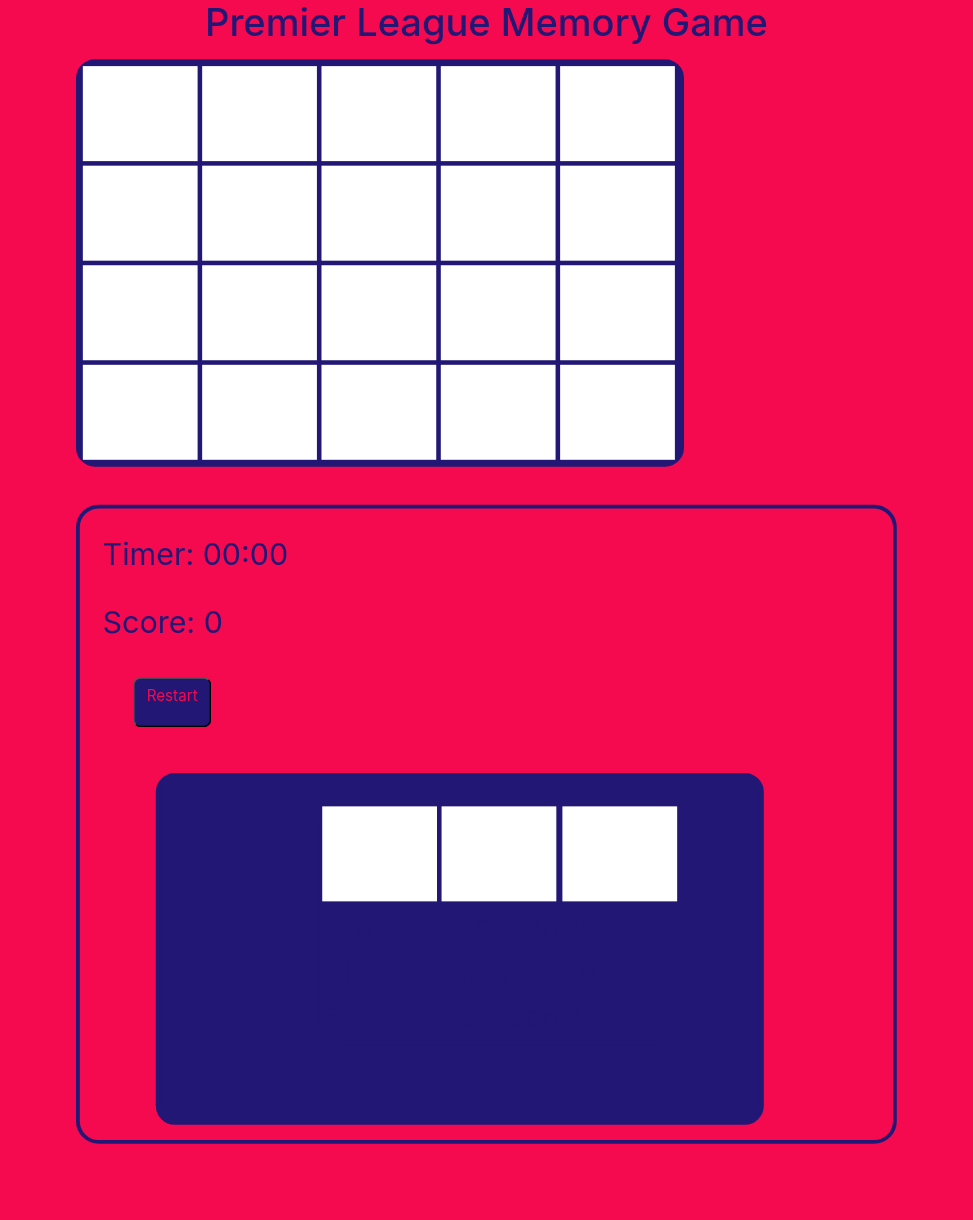
Repository: IchaTreasure/Premier-League-Memory-Game-
Page: index.html
The author's editor kept a record of every edit. The page is drawn from the files as they stood at one moment, then again after the next edit.
The browser window is 1280 px wide. The pictures show the whole page, at 76% of full size.
Some web libraries are served in a nearby version.

Above is the page before.

### index.html
<!DOCTYPE html>
<html lang="en">

<head>
    <meta charset="UTF-8">
    <meta name="viewport" content="width=device-width, initial-scale=1.0">
    <meta http-equiv="X-UA-Compatible" content="ie=edge">

    <link rel="stylesheet" href="https://maxcdn.bootstrapcdn.com/bootstrap/4.1.3/css/bootstrap.min.css">
    <link rel="stylesheet" href="https://use.fontawesome.com/releases/v5.6.1/css/all.css" integrity="sha384-gfdkjb5BdAXd+lj+gudLWI+BXq4IuLW5IT+brZEZsLFm++aCMlF1V92rMkPaX4PP" crossorigin="anonymous">
    <link rel="stylesheet" href="https://stackpath.bootstrapcdn.com/bootstrap/4.3.1/css/bootstrap.min.css" type="text/css" />
    <link rel="stylesheet" href="https://stackpath.bootstrapcdn.com/font-awesome/4.7.0/css/font-awesome.min.css" type="text/css" />
    <link rel="stylesheet" href="https://cdnjs.cloudflare.com/ajax/libs/hover.css/2.3.1/css/hover-min.css" type="text/css" />
    <link href="https://fonts.googleapis.com/css?family=Roboto:400,700" rel="stylesheet">
    <link rel="canonical" href="https://getbootstrap.com/docs/4.3/examples/starter-template/">



    <link rel="stylesheet" href="styles.css" type="text/css" />
    <title>Premier League Memory Game</title>
</head>

<body>
    <!-- Title of the the game -->
    <h1 style="color: #221775; text-align: center; font-size: 50px;">
        Premier League Memory Game
    </h1>



    <!-- div for the 4x5 Memory game -->
    <div id="game-container">

        <!-- div for the front and back images of the cards , coppied 20 time because its a 4x5 -->
        <div id="memory-card1" class="memory-card">
            <div id="back-card1" class="back-card">
                <img src="Images/manunited.jpg"></img>
            </div>
            <div id="front-card1" class="front-card">

            </div>
        </div>

        <!-- div for the front and back images of the cards , coppied 20 time because its a 4x5 -->
        <div id="memory-card2" class="memory-card">
            <div id="back-card2" class="back-card">
                <img src="Images/Mancity.png"></img>
            </div>
            <div id="front-card2" class="front-card">

            </div>
        </div>

        <!-- div for the front and back images of the cards , coppied 20 time because its a 4x5 -->
        <div id="memory-card3" class="memory-card">
            <div id="back-card3" class="back-card">
                <img src="Images/leicester.jpg"></img>
            </div>
            <div id="front-card3" class="front-card">

            </div>
        </div>

        <!-- div for the front and back images of the cards , coppied 20 time because its a 4x5 -->
        <div id="memory-card4" class="memory-card">
            <div id="back-card4" class="back-card">
                <img src="Images/Everton.png"></img>
            </div>
            <div id="front-card4" class="front-card">

            </div>
        </div>

        <!-- div for the front and back images of the cards , coppied 20 time because its a 4x5 -->
        <div id="memory-card5" class="memory-card">
            <div id="back-card5" class="back-card">
                <img src="Images/chelsea.png"></img>
            </div>
            <div id="front-card5" class="front-card">

            </div>
        </div>

        <!-- div for the front and back images of the cards , coppied 20 time because its a 4x5 -->
        <div id="memory-card6" class="memory-card">
            <div id="back-card6" class="back-card">
                <img src="Images/Watford.png"></img>
            </div>
            <div id="front-card6" class="front-card">

            </div>
        </div>

        <!-- div for the front and back images of the cards , coppied 20 time because its a 4x5 -->
        <div id="memory-card7" class="memory-card">
            <div id="back-card7" class="back-card">
                <img src="Images/west-ham.png"></img>
            </div>
            <div id="front-card7" class="front-card">

            </div>
        </div>

        <!-- div for the front and back images of the cards , coppied 20 time because its a 4x5 -->
        <div id="memory-card8" class="memory-card">
            <div id="back-card8" class="back-card">
                <img src="Images/bournemouth.jpg"></img>
            </div>
            <div id="front-card8" class="front-card">

            </div>
        </div>

        <!-- div for the front and back images of the cards , coppied 20 time because its a 4x5 -->
        <div id="memory-card9" class="memory-card">
            <div id="back-card9" class="back-card">
                <img src="Images/Burnley.png"></img>
            </div>
            <div id="front-card9" class="front-card">

            </div>
        </div>

        <!-- div for the front and back images of the cards , coppied 20 time because its a 4x5 -->
        <div id="memory-card10" class="memory-card">
            <div id="back-card10" class="back-card">
                <img src="Images/crystal_pal.png"></img>
            </div>
            <div id="front-card10" class="front-card">

            </div>
        </div>

        <!-- div for the front and back images of the cards , coppied 20 time because its a 4x5 -->
        <div id="memory-card11" class="memory-card">
            <div id="back-card11" class="back-card">
                <img src="Images/manunited.jpg"></img>
            </div>
            <div id="front-card11" class="front-card">

            </div>
        </div>

        <!-- div for the front and back images of the cards , coppied 20 time because its a 4x5 -->
        <div id="memory-card12" class="memory-card">
            <div id="back-card12" class="back-card">
                <img src="Images/Watford.png"></img>
            </div>
            <div id="front-card12" class="front-card">

            </div>
        </div>

        <!-- div for the front and back images of the cards , coppied 20 time because its a 4x5 -->
        <div id="memory-card13" class="memory-card">
            <div id="back-card13" class="back-card">
                <img src="Images/Burnley.png"></img>
            </div>
            <div id="front-card13" class="front-card">

            </div>
        </div>

        <!-- div for the front and back images of the cards , coppied 20 time because its a 4x5 -->
        <div id="memory-card14" class="memory-card">
            <div id="back-card14" class="back-card">
                <img src="Images/west-ham.png"></img>
            </div>
            <div id="front-card14" class="front-card">

            </div>
        </div>

        <!-- div for the front and back images of the cards , coppied 20 time because its a 4x5 -->
        <div id="memory-card15" class="memory-card">
            <div id="back-card15" class="back-card">
                <img src="Images/chelsea.png"></img>
            </div>
            <div id="front-card15" class="front-card">

            </div>
        </div>

        <!-- div for the front and back images of the cards , coppied 20 time because its a 4x5 -->
        <div id="memory-card16" class="memory-card">
            <div id="back-card16" class="back-card">
                <img src="Images/bournemouth.jpg"></img>
            </div>
            <div id="front-card16" class="front-card">

            </div>
        </div>

        <!-- div for the front and back images of the cards , coppied 20 time because its a 4x5 -->
        <div id="memory-card17" class="memory-card">
            <div id="back-card17" class="back-card">
                <img src="Images/leicester.jpg"></img>
            </div>
            <div id="front-card17" class="front-card">

            </div>
        </div>

        <!-- div for the front and back images of the cards , coppied 20 time because its a 4x5 -->
        <div id="memory-card18" class="memory-card">
            <div id="back-card18" class="back-card">
                <img src="Images/crystal_pal.png"></img>
            </div>
            <div id="front-card18" class="front-card">

            </div>
        </div>

        <!-- div for the front and back images of the cards , coppied 20 time because its a 4x5 -->
        <div id="memory-card19" class="memory-card">
            <div id="back-card19" class="back-card">
                <img src="Images/Mancity.png"></img>
            </div>
            <div id="front-card19" class="front-card">

            </div>
        </div>

        <!-- div for the front and back images of the cards , coppied 20 time because its a 4x5 -->
        <div id="memory-card20" class="memory-card">
            <div id="back-card20" class="back-card">
                <img src="Images/Everton.png"></img>
            </div>
            <div id="front-card20" class="front-card">

            </div>
        </div>

    </div>

    <!-- div for info about the current status of the game i.e time, score, flips -->
    <div class="game-info">

        <table style="width:100%">
            <tr>
                <td>
                    <!-- div to show timer -->
                    <div class="game-timer">
                        <span>Timer:</span>
                        <span>00:00</span>
                    </div>

                    <!-- div to show currnet score -->
                    <div id="game-score">
                        <span>Score:</span>
                        <span>0</span>
                    </div>

                    <!-- div to reset the game -->
                    <button id="reset-game" class="btn-lg active">
       <p style="color: #f50a50;">Restart</p>
        </button>

    </div>


    <div id="game-container">
        <div class="game-info">
            <table style="width:100%">
                <tr>
                    <td>

                        <!-- div for the front and back images of the cards , coppied 20 time because its a 4x5 -->
                        <div id="memory-card1" class="memory-card">
                            <div id="back-card1" class="back-card">
                                <img src="Images/manunited.jpg"></img>
                            </div>
                            <div id="front-card1" class="front-card">

                            </div>
                        </div>
                    </td>
                    <td>


                        <!-- div for the front and back images of the cards , coppied 20 time because its a 4x5 -->
                        <div id="memory-card2" class="memory-card">
                            <div id="back-card2" class="back-card">
                                <img src="Images/Mancity.png"></img>
                            </div>
                            <div id="front-card2" class="front-card">

                            </div>
                        </div>
                    </td>
                    <td>
                        <!-- div for the front and back images of the cards , coppied 20 time because its a 4x5 -->
                        <div id="memory-card3" class="memory-card">
                            <div id="back-card3" class="back-card">
                                <img src="Images/leicester.jpg"></img>
                            </div>
                            <div id="front-card3" class="front-card">

                            </div>
                        </div>
                    </td>
                </tr>
                <tr>
                    <td>Eve</td>
                    <td>Jackson</td>
                    <td>94</td>
                </tr>
                <tr>
                    <td>Jill</td>
                    <td>Smith</td>
                    <td>50</td>
                </tr>
                <tr>
                    <td>Eve</td>
                    <td>Jackson</td>
                    <td>94</td>
                </tr>
            </table>

        </div>
    </div>

    <script type="text/javascript" src="images.js"></script>
    <script type="text/javascript" src="script.js"></script>

    <script src="https://code.jquery.com/jquery-3.3.1.slim.min.js" integrity="sha384-q8i/X+965DzO0rT7abK41JStQIAqVgRVzpbzo5smXKp4YfRvH+8abtTE1Pi6jizo" crossorigin="anonymous"></script>
    <script src="https://cdnjs.cloudflare.com/ajax/libs/popper.js/1.14.7/umd/popper.min.js" integrity="sha384-UO2eT0CpHqdSJQ6hJty5KVphtPhzWj9WO1clHTMGa3JDZwrnQq4sF86dIHNDz0W1" crossorigin="anonymous"></script>
    <script src="https://stackpath.bootstrapcdn.com/bootstrap/4.3.1/js/bootstrap.min.js" integrity="sha384-JjSmVgyd0p3pXB1rRibZUAYoIIy6OrQ6VrjIEaFf/nJGzIxFDsf4x0xIM+B07jRM" crossorigin="anonymous"></script>

</body>

</html>

### styles.css
* {
  padding: 0;
  margin: 0;
  box-sizing: border-box;
  user-select: none;
}

body {
  background: #f50a50;
}

/* currnent status of the game stying */
.game-info {
  float: right;
	font-size: 40px;
	color: #221775;
	margin-top: 30px;
	margin-bottom: 100px;
	margin-right: 100px;
	margin-left: 100px;
	border: 5px solid #221775;
	border-radius: 30px;
}

/* Space between the timer and score */
#game-score{
	margin: 30px;
}
.game-timer{
  margin: 30px;
}

#reset-game {
  background-color: #221775;
	margin-bottom: 50px;
	margin-left: 70px;
	border-radius: 10px;
}

#game-container {
  float: left;
	width: 800px;
	height: auto;
	margin: 10px 20px 20px 100px;
	border: 6px solid #221775;
	background-color: #221775;
	border-radius: 25px;
}

img {
	width: 120px;
	height: 110px;
}

.memory-card{
  width: 151px;
	height: 125px;
	display: inline-block;
	float: left;
	margin: 3px;
	padding: 10px;
	background-color: white;
}

.front-card {
	position: absolute;
	width: 150px;
	height: 125px;
	margin: 0;
	transform: rotateY(0deg);
	transition: transform 0.5s linear 0s;
	backface-visibility: hidden;

}

.back-card {
	position: absolute;
	width: 150px;
	height: 125px;
	transform: rotateY(180deg);
	transition: transform 0.5s linear 0s;
	backface-visibility: hidden;
}

### script.js
//retriving the the classes of the game, timer, score and reset
var gamecontainer = document.getElementById("game-container");
var gametimer = document.getElementsByClassName("game-timer");
var gamescore = document.getElementById("game-score");
var resetgame = document.getElementsByClassName("reset-game");

var cardChecked = 0;
var cardNumber; // id of which card was clicked

var frontcard;
var backcard;

var endgame = false;

var cardIndex = [0, 0, 0, 0, 0, 0, 0, 0, 0, 0, 0, 0, 0, 0, 0, 0, 0, 0, 0, 0];

var cardTextRecord = [];

var cardRecord = [];

var numberOfFlips = 0;

var scoreCounter = 0;

//Fliping the cards
//gamecontainer.addEventListener("click", function(e) { // Listening for click
document.getElementById("game-container").addEventListener("click", function(e) { // Listening for click
	var targetElement = e.target.parentElement; //finding out which element was clicked and the parent of that elemnt
	var numId = targetElement.id;
	if (Number.isInteger(parseInt(numId.replace("back-card", ""), 10))) {
		cardClicked(targetElement.parentElement.id);
	}
	else {
		cardClicked(numId);
	}
});


function cardClicked(cardId) {
	cardNumber = cardId.replace("memory-card", "");
	cardNumber = parseInt(cardNumber, 10);

	if (cardIndex[cardNumber - 1] == 0 && cardChecked == 0 && endgame == false) {

		//frontcard = document.getElementById("front-card" + cardNumber);
		//backcard = document.getElementById("back-card" + cardNumber);
		document.getElementById("front-card" + cardNumber).style.transform = "rotateY(-180deg)";
		document.getElementById("back-card" + cardNumber).style.transform = "rotateY(0deg)";

		cardTextRecord.push(document.getElementById("back-card" + cardNumber).innerHTML);
		cardRecord.push(cardNumber);

		numberOfFlips++;
		cardIndex[cardNumber - 1] = 1;

		if (numberOfFlips == 2) {
			if (cardTextRecord[0] == cardTextRecord[1]) {
				scoreCounter++;
				//gamescore.innerHTML = "Score: " + scoreCounter;
				document.getElementById("game-score").innerHTML = "Score: " + scoreCounter;
				cardTextRecord = [];
				cardRecord = [];

				numberOfFlips = 0;

				if (scoreCounter == 10) {
					clearTimeout();
					setTimeout(function() { showScore(); }, 600);
				}
				return;
			}
			else {
				cardChecked = 1;
				setTimeout(function() { unFlip(); }, 600);
				return;
			}
		}
	}

	if (endgame == true) {
		alert("Game Over, click reset to reshuffle the Board");
	}
}

function unFlip() {
	document.getElementById("front-card" + cardRecord[0]).style.transform = "rotateY(0deg)";
	document.getElementById("back-card" + cardRecord[0]).style.transform = "rotateY(180deg)";
	document.getElementById("front-card" + cardRecord[1]).style.transform = "rotateY(0deg)";
	document.getElementById("back-card" + cardRecord[1]).style.transform = "rotateY(180deg)";

	cardIndex[cardRecord[0] - 1] = 0;
	cardIndex[cardRecord[1] - 1] = 0;
	cardTextRecord = [];
	cardRecord = [];
	numberOfFlips = 0;
	cardChecked = 0;
}

function showScore() {
	endgame = true;

	if (scoreCounter == 10) {
		alert("Congratulations! You won! Your Score is " + scoreCounter);
	}
	else {
		alert("Sorry!!!! You Lost Your score is " + scoreCounter);

	}
}

document.getElementById("reset-game").addEventListener("click", startNewGame);

function startNewGame() {
	window.location.reload();
}

Loaded but not shown: images.js (no copy from this time; the picture is the same without it)

After the next edit:
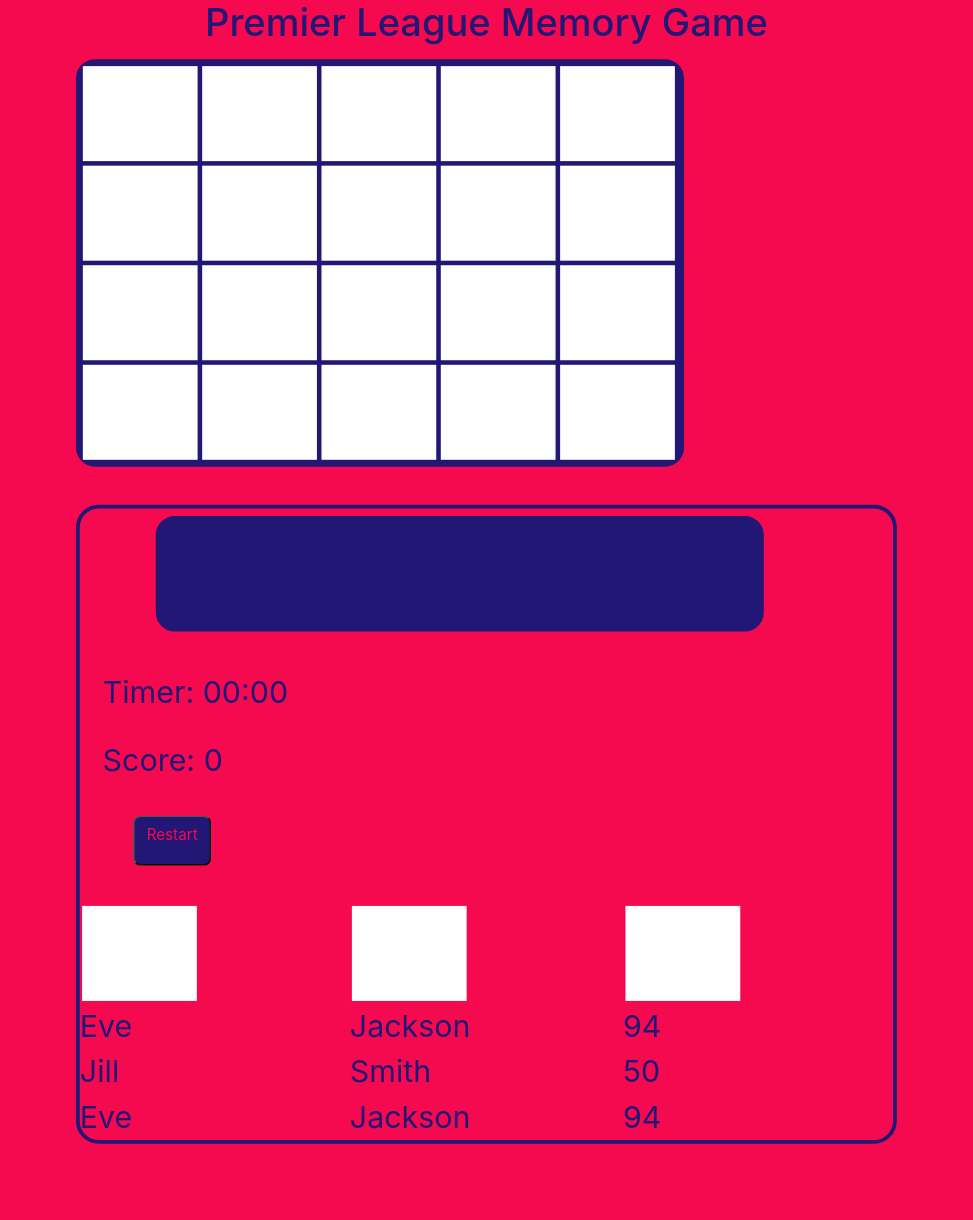
The edit:
--- a/index.html
+++ b/index.html
@@ -253,9 +253,10 @@
 
                     <!-- div to reset the game -->
                     <button id="reset-game" class="btn-lg active">
-       <p style="color: #f50a50;">Restart</p>
-        </button>
-
+                   <p style="color: #f50a50;">Restart</p>
+                    </button>
+
+            </tr>
     </div>
 
 
